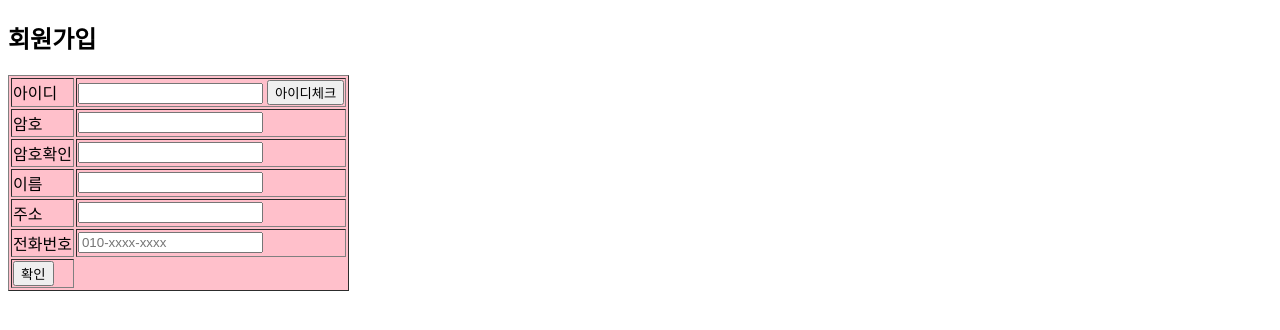
Repository: SongHyeSun/JSP
Page: http://localhost/och12/joinForm.jsp
The author's editor kept a copy of each file at every save. The page is drawn from the files as they stood at one save, then again after the next save.
The browser window is 1280 px wide. The pictures show the whole page.
The page is served by Tomcat 9. Other server files are loaded and not shown.

Above is the page before, as saved 2024-07-23 01:44:29.

### jspSrc17/och12/src/main/webapp/joinForm.jsp
<%@ page language="java" contentType="text/html; charset=UTF-8"
    pageEncoding="UTF-8"%>
<!DOCTYPE html>
<html>
<head>
<meta charset="UTF-8">
<title>Insert title here</title>
<style type="text/css">
	table {
		background-color: pink;
	}
</style>
</head>
<body>
	<h2>회원가입</h2>
	<form action="joinPro.jsp" name="frm" onsubmit="return chk()">
		<table border="1">
			<tr>
				<td>아이디</td>
				<td><input type="text" name="id" required="required">
					<input type="button" value="아이디체크" onclick="winop()"></td>
			</tr>
			<tr>
				<td>암호</td>
				<td><input type="password" name="passwd" required="required"></td>
			</tr>
			<tr>
				<td>암호확인</td>
				<td><input type="password" name="passwd2" required="required"></td>
			</tr>
			<tr>
				<td>이름</td>
				<td><input type="text" name="name" required="required"></td>
			</tr>
			<tr>
				<td>주소</td>
				<td><input type="text" name="address" required="required"></td>
			</tr>
			<tr>
				<td>전화번호</td>
				<td><input type="tel" name="tel" required="required"
					pattern="\d{2,3}-\d{3,4}-\d{4}" placeholder="010-xxxx-xxxx"
					title="2,3자리-3,4자리-4자리"></td>
			</tr>
			<tr>
				<td><input type="submit" value="확인"></td>
			</tr>
		</table>
	</form>
</body>
</html>

After the next save:
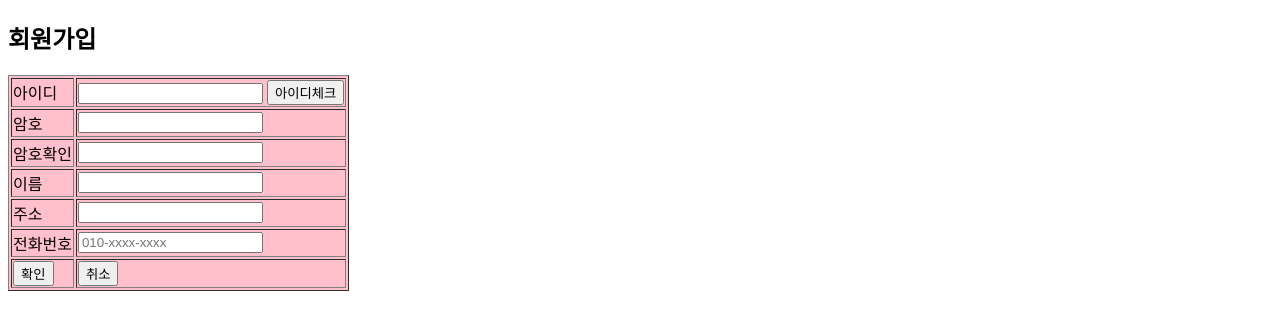
Saved 53 s later.
--- a/jspSrc17/och12/src/main/webapp/joinForm.jsp
+++ b/jspSrc17/och12/src/main/webapp/joinForm.jsp
@@ -44,6 +44,7 @@
 			</tr>
 			<tr>
 				<td><input type="submit" value="확인"></td>
+				<td><input type="reset" value="취소"></td>
 			</tr>
 		</table>
 	</form>
